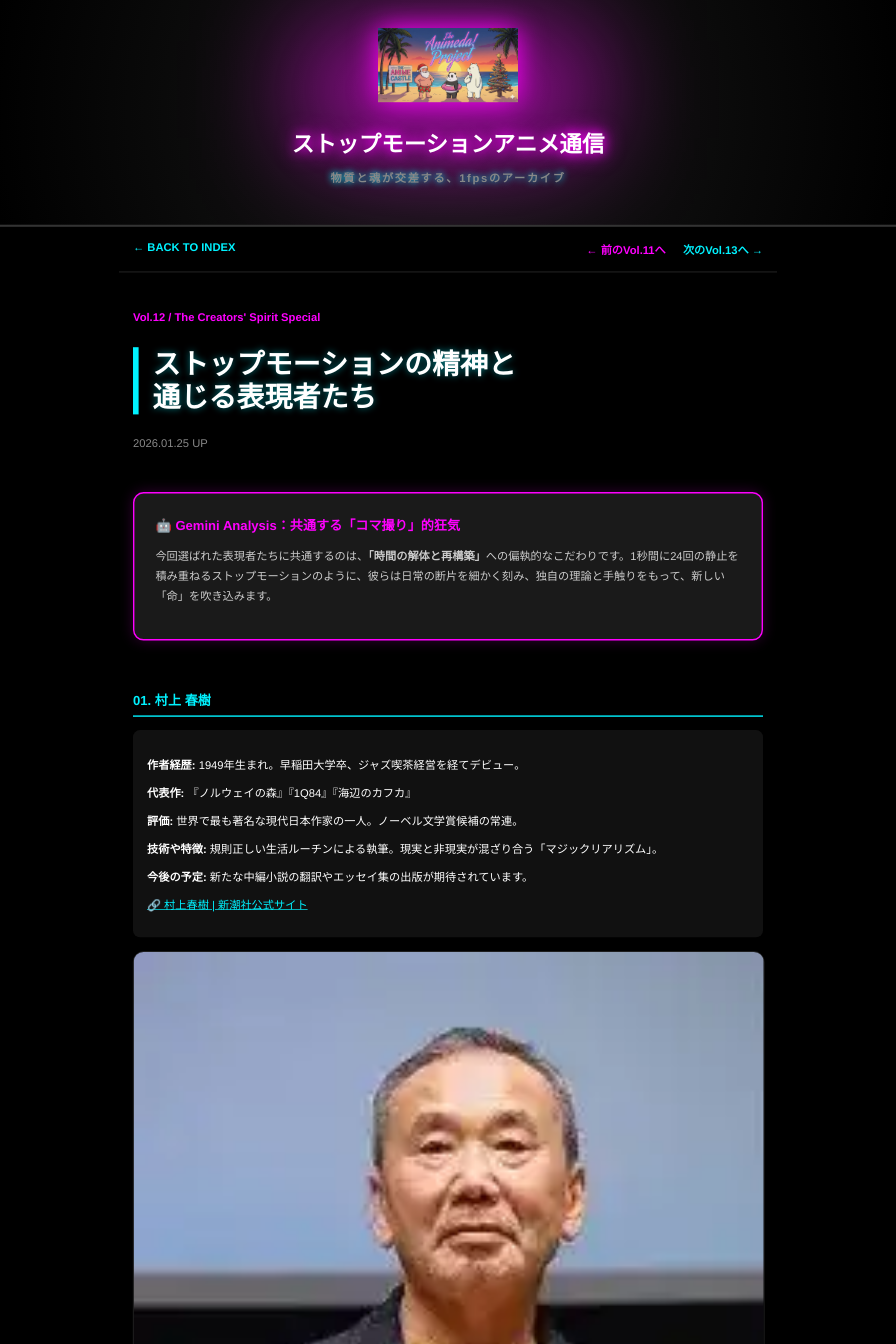
Repository: hamagoro/my-animation-site
Page: episodes/vol12.html
The author's editor kept a copy of each file at every save. The page is drawn from the files as they stood at one save, then again after the next save.
The browser window is 1280 px wide. The pictures show the part of the page from y = 0 to 1920 px (the page is 12464 px tall), at 70% of full size.
A picture or video elsewhere on the page could not be fetched, so the positions and the page height are approximate.

Above is the page before, as saved 2026-01-25 01:10:19.

### episodes/vol12.html
<!DOCTYPE html>
<html lang="ja">
<head>
    <meta charset="UTF-8">
    <meta name="viewport" content="width=device-width, initial-scale=1.0">

    <meta property="og:title" content="vol.12 ストップモーションの精神と通じる表現者たち">
    <meta property="og:description" content="村上春樹から村田沙也加まで。物質を刻み、命を偽造する『職人』たちの共通点。">
    <meta property="og:type" content="article">
    <meta property="og:url" content="https://hamagoro.github.io/my-animation-site/episodes/vol12.html">
    <meta property="og:image" content="https://hamagoro.github.io/my-animation-site/images/vol12/main-visual.webp">
    <meta property="og:site_name" content="ストップモーションアニメ通信">
    <link rel="icon" href="../images/logo2.webp" type="image/webp">

    <title>vol.12 表現者たちのコマ撮り精神 - ストップモーションアニメ通信</title>
    <link rel="stylesheet" href="../style.css">
</head>
<body style="background-color: #000; color: #fff;">

    <header class="main-header" style="text-align: center; padding: 40px 0;">
        <img src="../images/logo.webp" alt="The Animeda! Project" class="header-logo" style="max-width: 200px;">
        <h1 class="header-title" style="color: #fff; font-size: 2rem; margin: 10px 0;">ストップモーションアニメ通信</h1>
        <p class="header-subtitle" style="color: #888;">物質と魂が交差する、1fpsのアーカイブ</p>
    </header>

    <nav style="padding: 20px; display: flex; justify-content: space-between; font-weight: bold; max-width: 900px; margin: 0 auto; border-bottom: 1px solid #333;">
        <a href="../index.html" style="color: #00f2ff; text-decoration: none;">← BACK TO INDEX</a>
        <div>
            <a href="vol11.html" style="color: #ff00ff; text-decoration: none; margin-right: 20px;">← 前のVol.11へ</a>
            <a href="vol13.html" style="color: #00f2ff; text-decoration: none;">次のVol.13へ →</a>
        </div>
    </nav>

    <article class="episode-container" style="max-width: 900px; margin: 0 auto; padding: 40px; text-align: left;">

        <header class="episode-header" style="margin-bottom: 60px;">
            <p style="color: #ff00ff; margin-bottom: 5px; font-weight: bold;">Vol.12 / The Creators' Spirit Special</p>
            <h2 style="font-size: 2.5rem; border-left: 8px solid #00f2ff; padding-left: 20px; line-height: 1.2; text-shadow: 0 0 10px rgba(0,242,255,0.5);">
                ストップモーションの精神と<br>通じる表現者たち
            </h2>
            <p class="date" style="margin-top: 15px; color: #888;">2026.01.25 UP</p>
        </header>

        <section class="top-link-area" style="margin-bottom: 70px; padding: 30px; background: #1a1a1a; border-radius: 15px; border: 2px solid #ff00ff; box-shadow: 0 0 20px rgba(255, 0, 255, 0.2);">
            <h3 style="color: #ff00ff; margin-top: 0;">🤖 Gemini Analysis：共通する「コマ撮り」的狂気</h3>
            <p style="line-height: 1.8; color: #ccc;">
                今回選ばれた表現者たちに共通するのは、<strong>「時間の解体と再構築」</strong>への偏執的なこだわりです。1秒間に24回の静止を積み重ねるストップモーションのように、彼らは日常の断片を細かく刻み、独自の理論と手触りをもって、新しい「命」を吹き込みます。
            </p>
        </section>

        <section style="margin-bottom: 80px;">
            <h3 style="color: #00f2ff; border-bottom: 2px solid #00f2ff; padding-bottom: 10px;">01. 村上 春樹</h3>
            <div style="background: #111; padding: 20px; border-radius: 10px; margin-bottom: 20px;">
                <p><strong>作者経歴:</strong> 1949年生まれ。早稲田大学卒、ジャズ喫茶経営を経てデビュー。</p>
                <p><strong>代表作:</strong> 『ノルウェイの森』『1Q84』『海辺のカフカ』</p>
                <p><strong>評価:</strong> 世界で最も著名な現代日本作家の一人。ノーベル文学賞候補の常連。</p>
                <p><strong>技術や特徴:</strong> 規則正しい生活ルーチンによる執筆。現実と非現実が混ざり合う「マジックリアリズム」。</p>
                <p><strong>今後の予定:</strong> 新たな中編小説の翻訳やエッセイ集の出版が期待されています。</p>
                <p style="margin-top: 10px;"><a href="https://www.shinchosha.co.jp/harukimurakami/" target="_blank" style="color: #00f2ff;">🔗 村上春樹 | 新潮社公式サイト</a></p>
            </div>
            <div style="text-align: center;">
                <a href="https://www.shinchosha.co.jp/harukimurakami/" target="_blank">
                    <img src="../images/vol12/murakami.webp" alt="Haruki Murakami" style="width: 100%; border-radius: 15px; border: 1px solid #333;">
                </a>
                <p style="font-size: 0.9rem; color: #ff00ff; margin-top: 10px;">▲ 毎日数秒分のコマを積み上げるアニメーターのように、4時起きの執筆を貫く。</p>
            </div>
        </section>

        <section style="margin-bottom: 80px;">
            <h3 style="color: #ff00ff; border-bottom: 2px solid #ff00ff; padding-bottom: 10px;">02. 宮沢 和史</h3>
            <div style="background: #111; padding: 20px; border-radius: 10px; margin-bottom: 20px;">
                <p><strong>作者経歴:</strong> 1966年生まれ。THE BOOMのボーカリストとしてデビュー。</p>
                <p><strong>代表作:</strong> 『島唄』『風になりたい』</p>
                <p><strong>評価:</strong> 日本のロックに民族音楽を融合させた先駆者。探求者としての高い評価。</p>
                <p><strong>技術や特徴:</strong> 土地の音をサンプリングして再構成する、フィールドワーク的な制作スタイル。</p>
                <p><strong>今後の予定:</strong> 2026年はデビュー37周年。平和をテーマにしたコンサートを継続中。</p>
                <p style="margin-top: 10px;"><a href="https://www.miyazawa-kazufumi.jp/" target="_blank" style="color: #00f2ff;">🔗 宮沢和史オフィシャルウェブサイト</a></p>
            </div>
            <div style="text-align: center;">
                <a href="https://www.miyazawa-kazufumi.jp/" target="_blank">
                    <img src="../images/vol12/miyazawa.webp" alt="Kazufumi Miyazawa" style="width: 100%; border-radius: 15px; border: 1px solid #333;">
                </a>
                <p style="font-size: 0.9rem; color: #00f2ff; margin-top: 10px;">▲ 伝統的な「素材」に、新しいリズムという「動き」を宿らせる職人。</p>
            </div>
        </section>

        <section style="margin-bottom: 80px;">
            <h3 style="color: #00f2ff; border-bottom: 2px solid #00f2ff; padding-bottom: 10px;">03. ウディ・アレン</h3>
            <div style="background: #111; padding: 20px; border-radius: 10px; margin-bottom: 20px;">
                <p><strong>作者経歴:</strong> 1935年生まれ。コメディライターを経て映画監督へ。</p>
                <p><strong>代表作:</strong> 『アニー・ホール』『ミッドナイト・イン・パリ』</p>
                <p><strong>評価:</strong> 知的なユーモアと神経症的なキャラクター描写の巨匠。</p>
                <p><strong>技術や特徴:</strong> 毎年1本映画を撮り続ける多作さ。アナログな質感へのこだわり。</p>
                <p><strong>今後の予定:</strong> 引退説を否定しつつ、欧州での新作製作を模索中。</p>
                <p style="margin-top: 10px;"><a href="https://www.woodyallen.com/" target="_blank" style="color: #00f2ff;">🔗 Woody Allen Official Website</a></p>
            </div>
            <div style="text-align: center;">
                <a href="https://www.woodyallen.com/" target="_blank">
                    <img src="../images/vol12/woody.webp" alt="Woody Allen" style="width: 100%; border-radius: 15px; border: 1px solid #333;">
                </a>
                <p style="font-size: 0.9rem; color: #ff00ff; margin-top: 10px;">▲ 街の風景を自身の妄想で「実写」として再構築する、ストップモーション的な統治力。</p>
            </div>
        </section>

        <section style="margin-bottom: 80px;">
            <h3 style="color: #ff00ff; border-bottom: 2px solid #ff00ff; padding-bottom: 10px;">04. の子</h3>
            <div style="background: #111; padding: 20px; border-radius: 10px; margin-bottom: 20px;">
                <p><strong>作者経歴:</strong> 千葉県出身。ニコニコ動画等でカルト的な人気を博し、2008年結成。</p>
                <p><strong>代表作:</strong> 『ロックンロールは鳴り止まないっ』『僕の戦争』</p>
                <p><strong>評価:</strong> ネット世代のカリスマ。衝動と繊細さが共存する表現力。</p>
                <p><strong>技術や特徴:</strong> 宅録と自作PVによるDIY精神。ノイズの美学。</p>
                <p><strong>今後の予定:</strong> ライブ配信を軸とした神出鬼没な活動を展開予定。</p>
                <p style="margin-top: 10px;"><a href="https://shinseikamattechan.jp/" target="_blank" style="color: #00f2ff;">🔗 神聖かまってちゃん オフィシャルサイト</a></p>
                <p style="margin-top: 5px;"><a href="https://www.youtube.com/@shinseikamattechan" target="_blank" style="color: #00f2ff;">🔗 神聖かまってちゃん | YouTube Official</a></p>
            </div>
            <div style="text-align: center;">
                <a href="https://shinseikamattechan.jp/" target="_blank">
                    <img src="../images/vol12/noko.webp" alt="Noko" style="width: 100%; border-radius: 15px; border: 1px solid #333;">
                </a>
                <p style="font-size: 0.9rem; color: #00f2ff; margin-top: 10px;">▲ 部屋にあるものすべてを「具材」にするDIY精神。ガラクタに命を吹き込む行為。</p>
            </div>
        </section>

        <section style="margin-bottom: 80px;">
            <h3 style="color: #00f2ff; border-bottom: 2px solid #00f2ff; padding-bottom: 10px;">05. マキシマムザ亮君</h3>
            <div style="background: #111; padding: 20px; border-radius: 10px; margin-bottom: 20px;">
                <p><strong>作者経歴:</strong> マキシマム ザ ホルモンの全ての楽曲を手掛ける司令塔。</p>
                <p><strong>代表作:</strong> 『恋のメガラバ』『予襲復讐』</p>
                <p><strong>評価:</strong> 徹底したセルフプロデュース力と、複雑な仕掛けを持つ楽曲構成。</p>
                <p><strong>技術や特徴:</strong> 歌詞カードの注釈まで含めたトータルアート。音と視覚の完全同期。</p>
                <p><strong>今後の予定:</strong> 2026年、新曲と共に新たな「体験型」企画を準備中。</p>
                <p style="margin-top: 10px;"><a href="https://www.55mth.com/" target="_blank" style="color: #00f2ff;">🔗 マキシマム ザ ホルモン Official Site</a></p>
                <p style="margin-top: 5px;"><a href="https://www.youtube.com/@MTHOFFICIAL" target="_blank" style="color: #00f2ff;">🔗 マキシマム ザ ホルモン | YouTube Official</a></p>
            </div>
            <div style="text-align: center;">
                <a href="https://www.55mth.com/" target="_blank">
                    <img src="../images/vol12/ryokun.webp" alt="Maximum the Ryo-kun" style="width: 100%; border-radius: 15px; border: 1px solid #333;">
                </a>
                <p style="font-size: 0.9rem; color: #ff00ff; margin-top: 10px;">▲ 全てのコマに隠し味を仕込むような執念。彼の脳内は常にコマ撮り状態。</p>
            </div>
        </section>

        <section style="margin-bottom: 80px;">
            <h3 style="color: #ff00ff; border-bottom: 2px solid #ff00ff; padding-bottom: 10px;">06. 平田 オリザ</h3>
            <div style="background: #111; padding: 20px; border-radius: 10px; margin-bottom: 20px;">
                <p><strong>作者経歴:</strong> 1962年生まれ。劇団「青年団」主宰。</p>
                <p><strong>代表作:</strong> 『東京ノート』『さよならだけが人生か』</p>
                <p><strong>評価:</strong> 「現代口語演劇理論」を確立。日本演劇界の構造を書き換えた。</p>
                <p><strong>技術や特徴:</strong> 微細な「間」や「言い淀み」を楽譜のように指示する緻密な演出。</p>
                <p><strong>今後の予定:</strong> 豊岡市（兵庫県）を拠点とした教育・芸術活動を加速。</p>
                <p style="margin-top: 10px;"><a href="http://www.seinendan.org/" target="_blank" style="color: #00f2ff;">🔗 青年団公式ホームページ</a></p>
            </div>
            <div style="text-align: center;">
                <a href="http://www.seinendan.org/" target="_blank">
                    <img src="../images/vol12/oriza.webp" alt="Oriza Hirata" style="width: 100%; border-radius: 15px; border: 1px solid #333;">
                </a>
                <p style="font-size: 0.9rem; color: #00f2ff; margin-top: 10px;">▲ 「0.1秒の間」を調整する演出は、ストップモーションのタイミング調整そのもの。</p>
            </div>
        </section>

        <section style="margin-bottom: 80px;">
            <h3 style="color: #00f2ff; border-bottom: 2px solid #00f2ff; padding-bottom: 10px;">07. 宇多丸</h3>
            <div style="background: #111; padding: 20px; border-radius: 10px; margin-bottom: 20px;">
                <p><strong>作者経歴:</strong> 1969年生まれ。RHYMESTERのラッパーであり、映画評論家。</p>
                <p><strong>代表作:</strong> 『B-BOYイズム』、ラジオ番組『アフター6ジャンクション 2』</p>
                <p><strong>評価:</strong> ポップカルチャーへの深い洞察と、構造的な批評眼による信頼感。</p>
                <p><strong>技術や特徴:</strong> 歴史的文脈を重んじ、それを現代のスキルで構築するアーカイブ能力。</p>
                <p><strong>今後の予定:</strong> ラジオと音楽を通じ、文化を「コマ送り」で分析し続けます。</p>
                <p style="margin-top: 10px;"><a href="https://www.rhymester.jp/" target="_blank" style="color: #00f2ff;">🔗 RHYMESTER Official Site</a></p>
            </div>
            <div style="text-align: center;">
                <a href="https://www.rhymester.jp/" target="_blank">
                    <img src="../images/vol12/utamaru.webp" alt="Utamaru" style="width: 100%; border-radius: 15px; border: 1px solid #333;">
                </a>
                <p style="font-size: 0.9rem; color: #ff00ff; margin-top: 10px;">▲ 1カットを徹底的に分解するその視点は、静止画の連続性を愛する者の眼差し。</p>
            </div>
        </section>

        <section style="margin-bottom: 80px;">
            <h3 style="color: #ff00ff; border-bottom: 2px solid #ff00ff; padding-bottom: 10px;">08. 村田 沙也加</h3>
            <div style="background: #111; padding: 20px; border-radius: 10px; margin-bottom: 20px;">
                <p><strong>作者経歴:</strong> 1979年生まれ。2016年『コンビニ人間』で芥川賞受賞。</p>
                <p><strong>代表作:</strong> 『コンビニ人間』『地球星人』</p>
                <p><strong>評価:</strong> 「普通」という概念を破壊する唯一無二の感性。世界的な評価。</p>
                <p><strong>技術や特徴:</strong> 身体の部位を「物体」として捉え、組み替えるような無機質な描写。</p>
                <p><strong>今後の予定:</strong> 待望の長編新作と、海外版の刊行が待機中。</p>
                <p style="margin-top: 10px;"><a href="https://www.shinchosha.co.jp/writer/4487/" target="_blank" style="color: #00f2ff;">🔗 村田沙也加 | 新潮社 著者プロフィール</a></p>
            </div>
            <div style="text-align: center;">
                <a href="https://www.shinchosha.co.jp/writer/4487/" target="_blank">
                    <img src="../images/vol12/murata.webp" alt="Sayaka Murata" style="width: 100%; border-radius: 15px; border: 1px solid #333;">
                </a>
                <p style="font-size: 0.9rem; color: #00f2ff; margin-top: 10px;">▲ 人間をパペットのように観察し、世界の「不自然さ」を再構築する筆致。</p>
            </div>
        </section>

        <section style="margin: 60px 0; padding: 30px; background: #1a1a1a; border-radius: 20px; border: 1px dashed #00f2ff;">
            <h4 style="margin: 0; color: #00f2ff; font-size: 1.4rem;">🔍 Animeda! 視点：静止画の集積が「意志」になる</h4>
            <p style="font-size: 1rem; margin-top: 15px; line-height: 2; color: #ccc;">
                ストップモーションは、1コマ（静止）という「死」を繋ぎ合わせて「生」を作る作業。村上春樹のルーチン、宇多丸の批評、亮君の注釈……それらもまた、膨大な「静止した思考」の集積です。AIが滑らかに正解を導き出す時代だからこそ、この職人的な「カクつき」と「執念」に、私たちは人間らしさを感じるのかもしれません。
            </p>
        </section>

    </article>

    <nav style="padding: 40px 20px; display: flex; justify-content: space-between; font-weight: bold; max-width: 900px; margin: 0 auto; border-top: 1px solid #333;">
        <a href="../index.html" style="color: #00f2ff; text-decoration: none;">← BACK TO INDEX</a>
        <a href="vol11.html" style="color: #ff00ff; text-decoration: none;">← 前のVol.11へ</a>
    </nav>

    <footer class="main-footer" style="padding: 80px 20px; text-align: center; border-top: 4px solid #ff00ff; background: #000;">
        <img src="../images/logo.webp" alt="Logo" class="footer-logo" style="max-width: 180px; margin-bottom: 20px;">
        <p class="footer-credit" style="color: #00f2ff; font-weight: 900;">© 2026 The Animeda! Project</p>
    </footer>

</body>
</html>

### style.css
/* --- 共通：ネオンヘッダーの定義 --- */
body {
    background-color: #000 !important;
    color: #ffffff !important;
    font-family: 'Helvetica Neue', Arial, 'Hiragino Kaku Gothic ProN', 'Hiragino Sans', Meiryo, sans-serif;
    margin: 0;
}

/* ヘッダー全体の共通スタイル */
.main-header {
    padding: 80px 20px;
    text-align: center;
    background: radial-gradient(circle at center, #1a1a1a 0%, #000 100%);
    position: relative;
    overflow: hidden;
    border-bottom: 3px solid #333;
}

/* ロゴ背後のネオン光 */
.main-header::before {
    content: "";
    position: absolute;
    top: 40%; left: 50%;
    transform: translate(-50%, -50%);
    width: 400px; height: 150px;
    background: rgba(255, 0, 255, 0.7);
    filter: blur(80px);
    z-index: 0;
}

.header-logo {
    position: relative; z-index: 1;
    max-width: 320px;
    filter: drop-shadow(0 0 20px rgba(255, 0, 255, 1));
    margin-bottom: 20px;
}

.header-title {
    position: relative; z-index: 1;
    font-size: 2.5rem; font-weight: 900;
    text-shadow: 0 0 15px #ff00ff, 0 0 30px #ff00ff;
    margin: 0;
}

.header-subtitle {
    position: relative; z-index: 1;
    color: #00f2ff; font-weight: bold;
    text-shadow: 0 0 10px #00f2ff;
    letter-spacing: 0.15em; margin-top: 15px;
}

/* フッターのネオン共通スタイル */
.main-footer {
    padding: 80px 20px;
    text-align: center;
    background: #000;
    border-top: 4px solid #ff00ff;
    margin-top: 50px;
}

.footer-logo {
    max-width: 150px;
    filter: drop-shadow(0 0 15px rgba(255, 0, 255, 0.7));
}

.footer-credit {
    color: #00f2ff; font-weight: 900;
    text-shadow: 0 0 10px rgba(0, 242, 255, 0.5);
    margin-top: 15px;
}

After the next save:
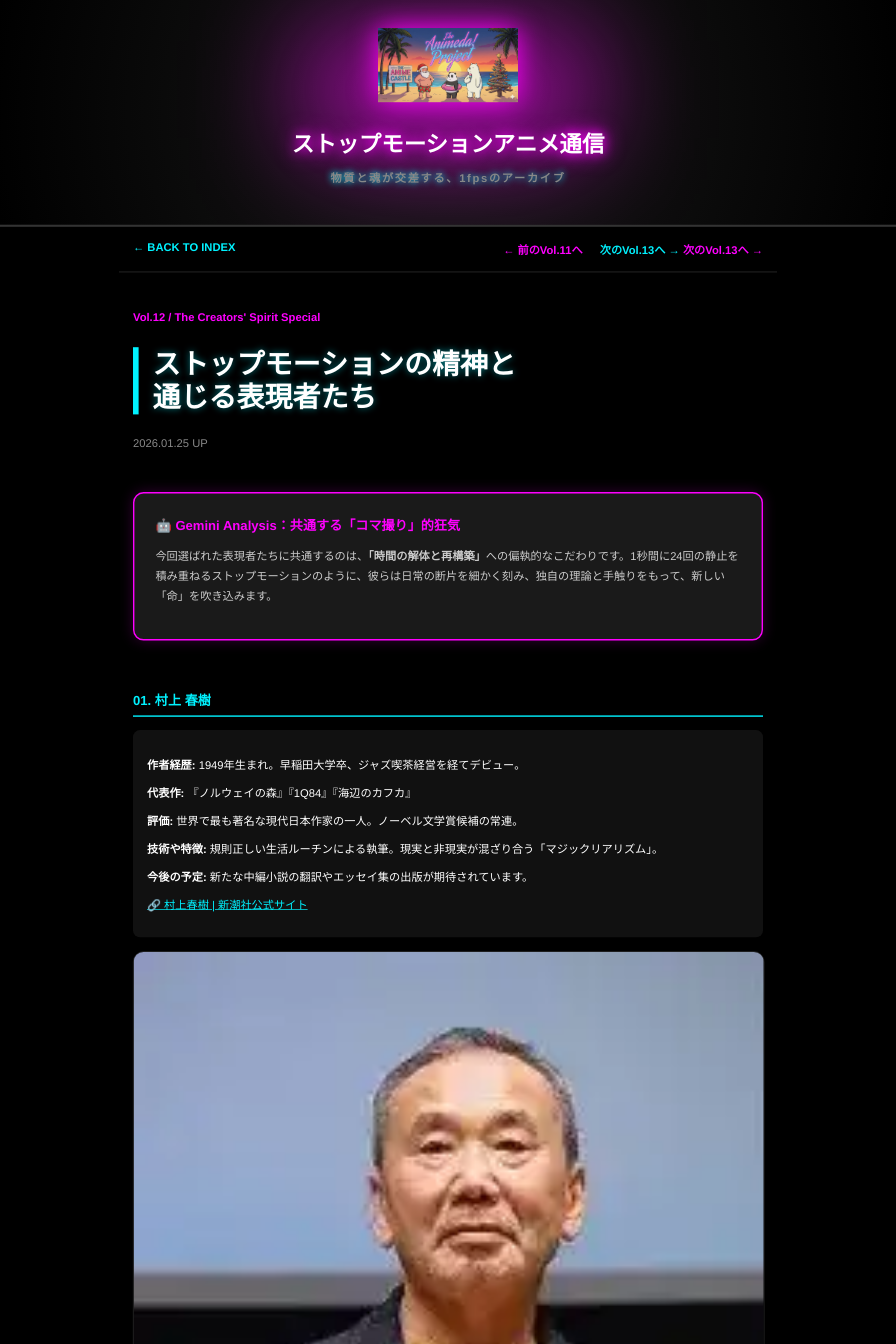
Saved 12 h 32 min later.
--- a/episodes/vol12.html
+++ b/episodes/vol12.html
@@ -28,6 +28,7 @@
         <div>
             <a href="vol11.html" style="color: #ff00ff; text-decoration: none; margin-right: 20px;">← 前のVol.11へ</a>
             <a href="vol13.html" style="color: #00f2ff; text-decoration: none;">次のVol.13へ →</a>
+            <a href="vol13.html" style="color: #ff00ff; text-decoration: none;">次のVol.13へ →</a>
         </div>
     </nav>
 
@@ -206,6 +207,10 @@
     <nav style="padding: 40px 20px; display: flex; justify-content: space-between; font-weight: bold; max-width: 900px; margin: 0 auto; border-top: 1px solid #333;">
         <a href="../index.html" style="color: #00f2ff; text-decoration: none;">← BACK TO INDEX</a>
         <a href="vol11.html" style="color: #ff00ff; text-decoration: none;">← 前のVol.11へ</a>
+        <div>
+            <a href="vol11.html" style="color: #ff00ff; text-decoration: none; margin-right: 20px;">← 前のVol.11へ</a>
+            <a href="vol13.html" style="color: #ff00ff; text-decoration: none;">次のVol.13へ →</a>
+        </div>
     </nav>
 
     <footer class="main-footer" style="padding: 80px 20px; text-align: center; border-top: 4px solid #ff00ff; background: #000;">
